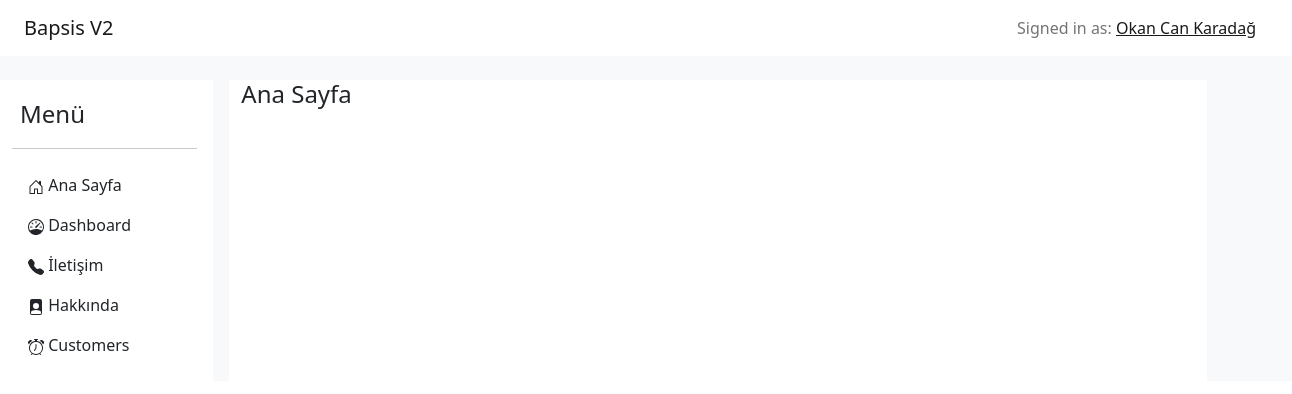
Repository: okankrdg/ReactCoreTemplate
Page: / (app in ReactCoreTemplate/client/)
The author's editor kept a copy of each file at every save. The page is drawn from the files as they stood at one save, then again after the next save.
The browser window is 1280 px wide. The page is 1292 px wide, so the pictures cover 1292 px, including what lies to the right of the window. The pictures show the whole page.
The project was rebuilt for these pictures with package versions that can differ from the ones it lists, and the page was loaded fresh each time. Also part of the build but not shown: ReactCoreTemplate/client/src/App.css.

Above is the page before, as saved 2021-09-06 23:21:02.

### ReactCoreTemplate/client/src/App.js
import "./App.css";
import Layout from "./components/Layout";
import { Route, Switch } from "react-router-dom";
import { About, Dashboard, Home, Contact } from "./Pages/NavLinkComps";
function App() {
  return (
    <Layout>
      <div className="col-md-9 bg-white mx-2">
        <Switch>
          <Route path="/about">
            <About />
          </Route>
          <Route path="/dashboard">
            <Dashboard />
          </Route>
          <Route exact path="/">
            <Home />
          </Route>
          <Route path="/contact">
            <Contact />
          </Route>
        </Switch>
      </div>
    </Layout>
  );
}

export default App;

### ReactCoreTemplate/client/src/components/Layout.js
import Header from "./Header";
import NavigationMenu from "./NavigationMenu";
import "../dist/bootstrap/bootstrap.min.css";
const Layout = ({ children }) => {
  return (
    <div className="row" style={{ backgroundColor: "#f8f9fa" }}>
      <Header />
      <NavigationMenu />
      {children}
    </div>
  );
};
export default Layout;

### ReactCoreTemplate/client/src/Pages/NavLinkComps.js
const Home = () => {
  return <h4>Ana Sayfa</h4>;
};
const Dashboard = () => {
  return <h4>Dashboard</h4>;
};
const About = () => {
  return <h4>Hakkında</h4>;
};
const Contact = () => {
  return <h4>İletişim</h4>;
};
export { Home, Dashboard, About, Contact };

### ReactCoreTemplate/client/src/components/Header.js
import { Navbar, Container } from "react-bootstrap";
const Header = () => {
  return (
    <Navbar className="mb-4 bg-white">
      <Container fluid>
        <Navbar.Brand href="#home">Bapsis V2</Navbar.Brand>
        <Navbar.Toggle />
        <Navbar.Collapse className="justify-content-end">
          <Navbar.Text>
            Signed in as: <a href="#login">Okan Can Karadağ</a>
          </Navbar.Text>
        </Navbar.Collapse>
      </Container>
    </Navbar>
  );
};
export default Header;

### ReactCoreTemplate/client/src/components/NavigationMenu.js
import * as Icon from "react-bootstrap-icons";
import { Link } from "react-router-dom";
const NavigationMenu = () => {
  return (
    <div className="d-flex flex-column p-3 bg-white mx-2 col-md-2">
      <a
        href="/"
        className="d-flex align-items-center mx-2 link-dark text-decoration-none"
      >
        <span className="fs-4">Menü</span>
      </a>
      <hr></hr>
      <ul className="nav nav-pills flex-column mb-auto">
        <li className="nav-item">
          <Link to="/" className="text-decoration-none">
            <button className="nav-link link-dark">
              <Icon.HouseDoor /> Ana Sayfa
            </button>
          </Link>
        </li>
        <li>
          <Link to="/dashboard" className="text-decoration-none">
            <button className="nav-link link-dark">
              <Icon.Speedometer /> Dashboard
            </button>
          </Link>
        </li>
        <li>
          <Link to="/contact" className="text-decoration-none">
            <button className="nav-link link-dark">
              <Icon.TelephoneFill /> İletişim
            </button>
          </Link>
        </li>
        <li>
          <Link to="/about" className="text-decoration-none">
            <button className="nav-link link-dark">
              <Icon.FilePersonFill /> Hakkında
            </button>
          </Link>
        </li>
        <li>
          <Link to="/" className="text-decoration-none">
            <button className="nav-link link-dark">
              <Icon.Alarm /> Customers
            </button>
          </Link>
        </li>
      </ul>
    </div>
  );
};
export default NavigationMenu;

Loaded but not shown: ReactCoreTemplate/client/public/index.html (common file); ReactCoreTemplate/client/src/index.js (common file); ReactCoreTemplate/client/src/index.css (common file); ReactCoreTemplate/client/src/dist/bootstrap/bootstrap.min.css (library); ReactCoreTemplate/client/src/App.css (no copy from this time; the picture is the same without it)

After the next save:
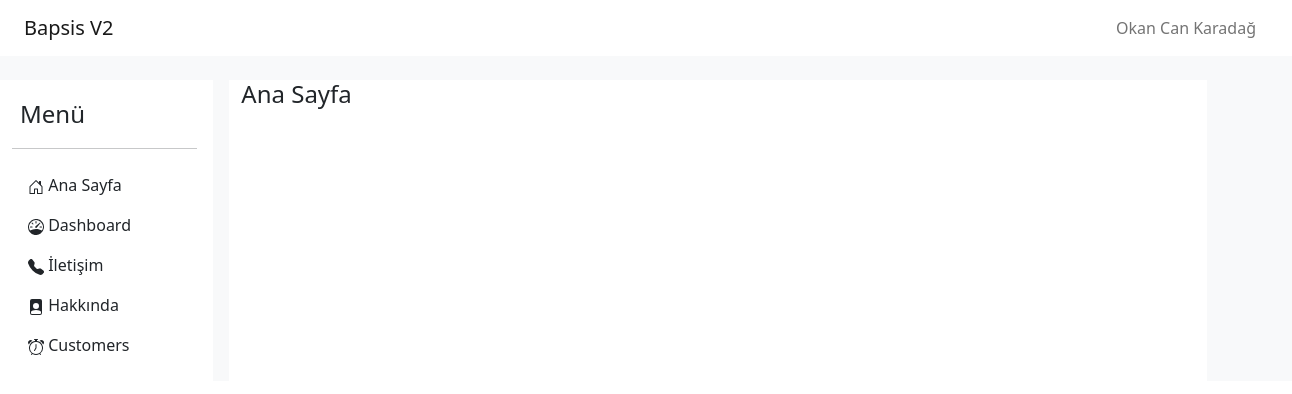
Saved 10 s later.
--- a/ReactCoreTemplate/client/src/components/Header.js
+++ b/ReactCoreTemplate/client/src/components/Header.js
@@ -6,9 +6,7 @@ const Header = () => {
         <Navbar.Brand href="#home">Bapsis V2</Navbar.Brand>
         <Navbar.Toggle />
         <Navbar.Collapse className="justify-content-end">
-          <Navbar.Text>
-            Signed in as: <a href="#login">Okan Can Karadağ</a>
-          </Navbar.Text>
+          <Navbar.Text>Okan Can Karadağ</Navbar.Text>
         </Navbar.Collapse>
       </Container>
     </Navbar>
